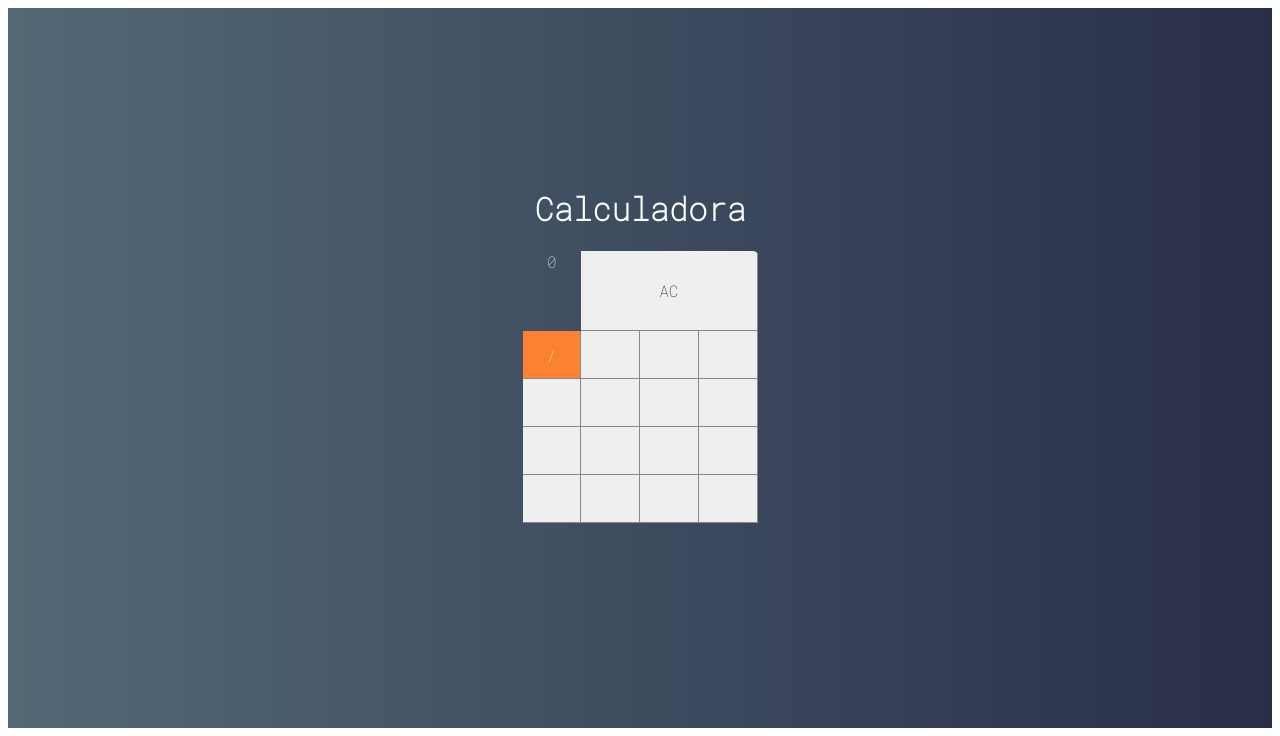
Repository: wgpena/calculadoraVue
Page: /
These files come from the project's save history. The page is drawn as it stood at one moment and after the next save; the edit follows.
The browser window is 1280 px wide. The pictures show the whole page.
The project was rebuilt for these pictures with package versions that can differ from the ones it lists, and the page was loaded fresh each time.

Above is the page before, as saved 2019-04-11 13:46:14.

### public/index.html
<!DOCTYPE html>
<html lang="en">
  <head>
    <meta charset="utf-8">
    <meta http-equiv="X-UA-Compatible" content="IE=edge">
    <meta name="viewport" content="width=device-width,initial-scale=1.0">
    <link rel="icon" href="<%= BASE_URL %>favicon.ico">
    <title>calculadora</title>
  </head>
  <body>
    <noscript>
      <strong>We're sorry but calculadora doesn't work properly without JavaScript enabled. Please enable it to continue.</strong>
    </noscript>
    <div id="app"></div>
    <!-- built files will be auto injected -->
  </body>
</html>

### src/App.vue
<template>
  <div id="app">
    <h1>Calculadora</h1>
    <Calculator />
  </div>
</template>

<script>
import Calculator from './main/Calculator'

export default {
  name: 'app',
  components: {
    Calculator
  }
}
</script>

<style>

@font-face {
  font-family: "RobotoMono";
  src: url("./fonts/RobotoMono-Thin.ttf");
}

* {
  font-family: "RobotoMono", monospace;
}

body {
  border: 0;
}

#app {
  display: flex;
  flex-direction: column;
  height: 100vh;
  justify-content: center;
  align-items: center;
  text-align: center;
  color: #fff;
  background: linear-gradient(to right, rgb(83, 105, 118), rgb(41, 46, 73));
}
</style>

### src/main/Calculator.vue
<template>
    <div class="calculator">
        <Display />
        <Button label="AC" triple />
        <Button label="/" operator />
        <Button label="" />
        <Button label="" />
        <Button label="" />
        <Button label="" />
        <Button label="" />
        <Button label="" />
        <Button label="" />
        <Button label="" />
        <Button label="" />
        <Button label="" />
        <Button label="" />
        <Button label="" />
        <Button label="" />
        <Button label="" />
        <Button label="" />
    </div>
</template>

<script>
import Display from '../components/Display'
import Button from '../components/Button'

export default {
    components: { Button, Display }

}
</script>

<style>

.calculator {
    height: 320px;
    width: 235px;
    border-radius: 5px;
    overflow: hidden;

    display: grid;
    grid-template-columns: repeat(4, 25%);
    grid-template-rows: 1fr 48px 48px 48px 48px 48px;
}

</style>

### src/components/Display.vue
<template>
    <div class="display">
        0
    </div>
</template>

<script>
export default {

}
</script>

<style>

</style>

### src/components/Button.vue
<template>
    <button class="button"
        :class="{ double, triple, operator }">
        {{label}}
    </button>
</template>

<script>
export default {
    props: {
        label: {},
        operator: { type: Boolean },
        double: { type: Boolean },
        triple: { type: Boolean }
    }

}
</script>

<style>

:root {
    --bg-button: #f0f0f0;
    --border-button: solid 1px #888;
}

.button {
    font-size: var(--bg-button);
    border: none;
    border-right: var(--border-button);
    border-bottom: var(--border-button);

    outline: none;
}

.button:active {
    background-color: #ccc;
}

.button.double {
    grid-column: span 2;
}

.button.triple {
    grid-column: span 3;
}

.button.operator {
    background-color: #fa8231;
    color: #fff;
}

.button.operator:active {
    background-color: #fa8231cc;
}

</style>

Loaded but not shown: src/main.js (common file)

After the next save:
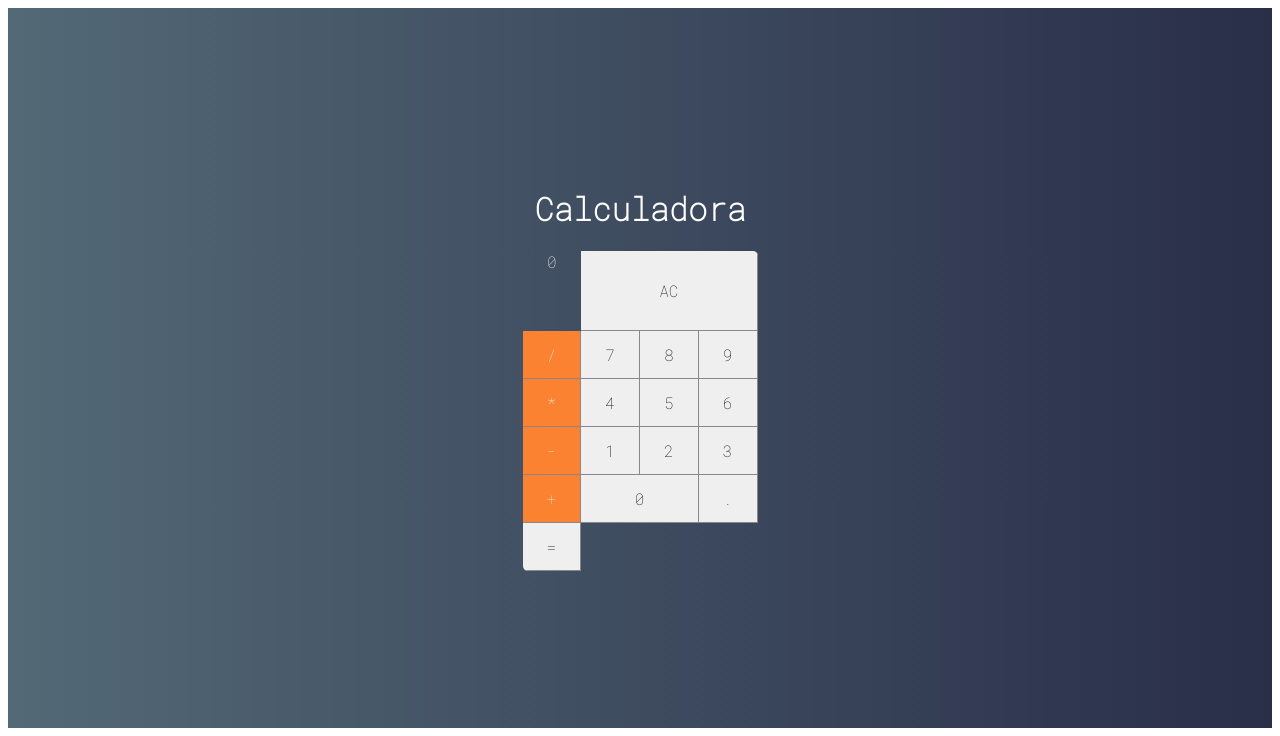
Saved 95 s later.
--- a/src/main/Calculator.vue
+++ b/src/main/Calculator.vue
@@ -3,21 +3,21 @@
         <Display />
         <Button label="AC" triple />
         <Button label="/" operator />
-        <Button label="" />
-        <Button label="" />
-        <Button label="" />
-        <Button label="" />
-        <Button label="" />
-        <Button label="" />
-        <Button label="" />
-        <Button label="" />
-        <Button label="" />
-        <Button label="" />
-        <Button label="" />
-        <Button label="" />
-        <Button label="" />
-        <Button label="" />
-        <Button label="" />
+        <Button label="7" />
+        <Button label="8" />
+        <Button label="9" />
+        <Button label="*" operator />
+        <Button label="4" />
+        <Button label="5" />
+        <Button label="6" />
+        <Button label="-" operator />
+        <Button label="1" />
+        <Button label="2" />
+        <Button label="3" />
+        <Button label="+" operator />
+        <Button label="0" double />
+        <Button label="." />
+        <Button label="=" />
     </div>
 </template>
 
